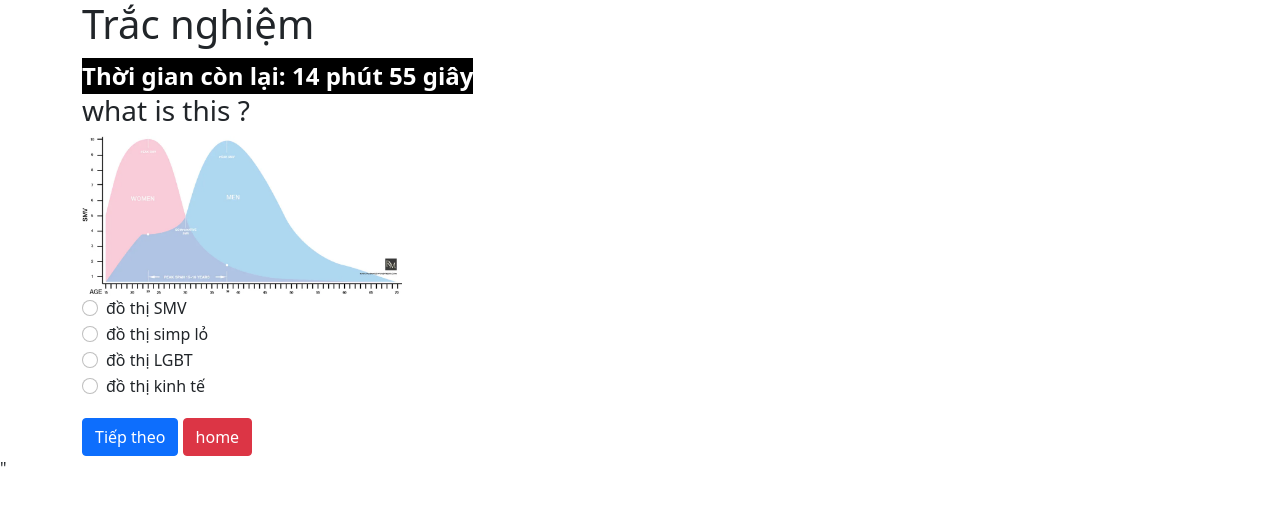
Repository: tran-thien-nhan/quiz_tlln
Page: men_advantage_quiz.html
The author's editor kept a copy of each file at every save. The page is drawn from the files as they stood at one save, then again after the next save.
The browser window is 1280 px wide. The pictures show the whole page.

Above is the page before, as saved 2023-06-25 19:41:41.

After the next save:
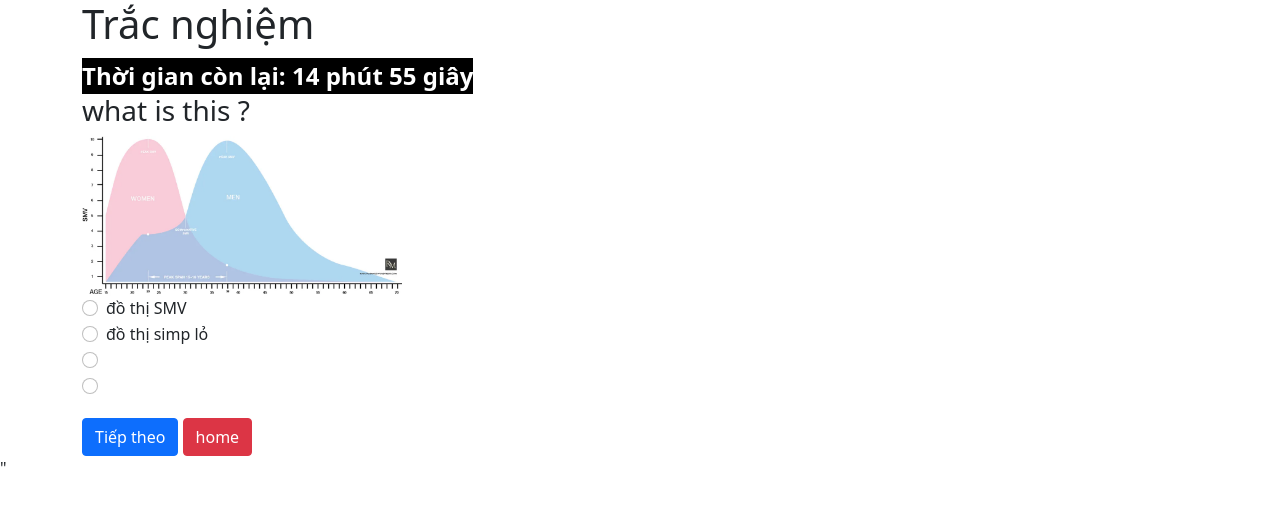
Saved 3 min 41 s later.
--- a/men_advantage.json
+++ b/men_advantage.json
@@ -6,8 +6,8 @@
             "choices": [
                 "đồ thị SMV",
                 "đồ thị simp lỏ",
-                "đồ thị LGBT",
-                "đồ thị kinh tế"
+                "",
+                ""
             ],
             "correctAnswer": "đồ thị SMV"
         }

After the save that followed:
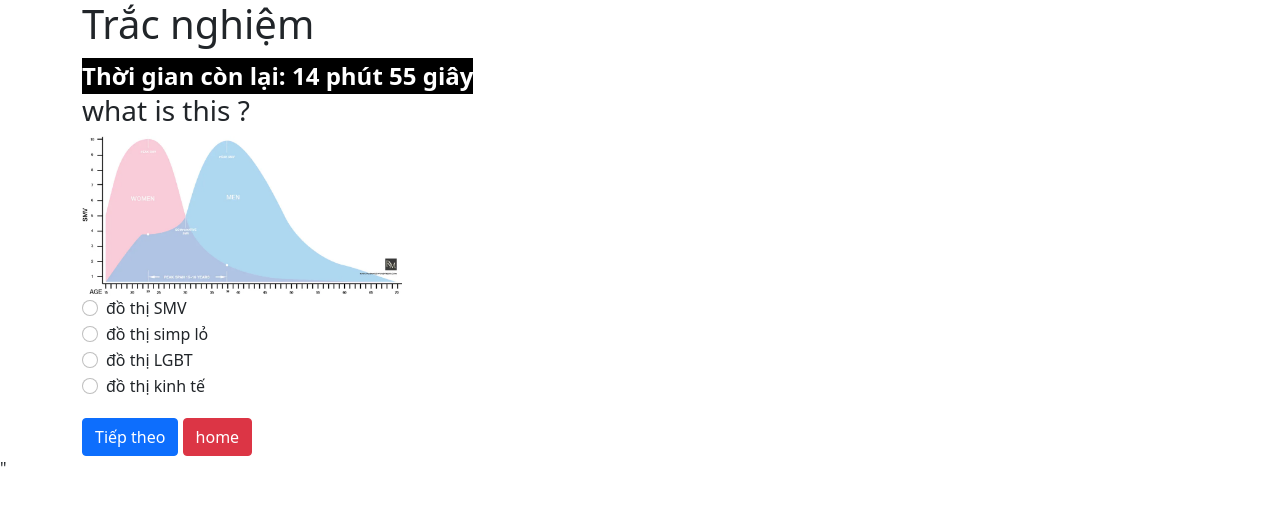
Saved 44 s later.
--- a/men_advantage.json
+++ b/men_advantage.json
@@ -6,8 +6,8 @@
             "choices": [
                 "đồ thị SMV",
                 "đồ thị simp lỏ",
-                "",
-                ""
+                "đồ thị LGBT",
+                "đồ thị kinh tế"
             ],
             "correctAnswer": "đồ thị SMV"
         }
